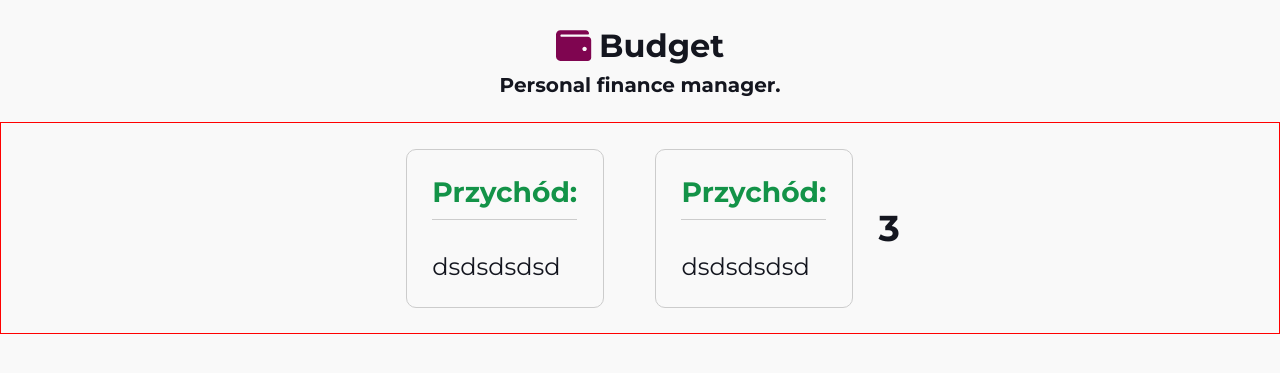
Repository: KrzysKolo/sr_tydzien4_zad4
Page: /
The author's editor kept a copy of each file at every save. The page is drawn from the files as they stood at one save, then again after the next save.
The browser window is 1280 px wide. The pictures show the whole page.
Some web libraries are served in a nearby version. The project was rebuilt for these pictures with package versions that can differ from the ones it lists, and the page was loaded fresh each time.

Above is the page before, as saved 2020-11-29 14:15:29.

### public/index.html
<!DOCTYPE html>
<html lang="en">
  <head>
    <meta charset="utf-8" />
    <link rel="icon" href="%PUBLIC_URL%/favicon.ico" />
    <meta name="viewport" content="width=device-width, initial-scale=1" />
    <meta name="theme-color" content="#000000" />
    <meta
      name="description"
      content="Web site created using create-react-app"
    />
    <link rel="apple-touch-icon" href="%PUBLIC_URL%/logo192.png" />
    <!--
      manifest.json provides metadata used when your web app is installed on a
      user's mobile device or desktop. See https://developers.google.com/web/fundamentals/web-app-manifest/
    -->
    <link rel="manifest" href="%PUBLIC_URL%/manifest.json" />
    <!--
      Notice the use of %PUBLIC_URL% in the tags above.
      It will be replaced with the URL of the `public` folder during the build.
      Only files inside the `public` folder can be referenced from the HTML.

      Unlike "/favicon.ico" or "favicon.ico", "%PUBLIC_URL%/favicon.ico" will
      work correctly both with client-side routing and a non-root public URL.
      Learn how to configure a non-root public URL by running `npm run build`.
    -->
    <link
      href="https://fonts.googleapis.com/css?family=Montserrat:200,400,700&display=swap&subset=latin-ext"
      rel="stylesheet"
    />
    <script
      src="https://kit.fontawesome.com/327a0d490c.js"
      crossorigin="anonymous"
    ></script>
    <title>Budget</title>
  </head>
  <body>
    <noscript>You need to enable JavaScript to run this app.</noscript>
    <div id="root"></div>
    <!--
      This HTML file is a template.
      If you open it directly in the browser, you will see an empty page.

      You can add webfonts, meta tags, or analytics to this file.
      The build step will place the bundled scripts into the <body> tag.

      To begin the development, run `npm start` or `yarn start`.
      To create a production bundle, use `npm run build` or `yarn build`.
    -->
  </body>
</html>

### src/App.js
import React from 'react';
import Budget from './components/Budget'

const App = () => {
  return (
    <>
      <Budget/>
    </>
  )
}

export default App;

### src/components/Budget.js
import React from 'react';
import Header from './budgetComponents/Header';
import Section from './budgetComponents/Section';
import styled, { createGlobalStyle } from 'styled-components';

const GlobalStyle = createGlobalStyle`
    * {
        padding: 0;
        margin: 0;
        box-sizing: border-box;
    }
    body {
        background-color: #f9f9f9;
        color: #14161f;
        font-family: "Montserrat", sans-serif;
        font-size: 16px;
        min-height: 100vh;
    }
    `;
const Container = styled.main`
    font-size: 1.5rem;
`;
const SectionContainer = styled.section`
    border: 1px solid red;
    display: flex;
    flex-direction: row;
    justify-content: center;
    align-items: center;
`;
const Budget = () => {
    return (
        <>
            <GlobalStyle />
            <Container>
                <Header />
                <SectionContainer>
                    <Section />
                    <Section />
                    <h1>3</h1>
                </SectionContainer>
            </Container>
        </>
    )
}

export default Budget;

### src/components/budgetComponents/Header.js
import React from 'react';
import styled from 'styled-components';
import { FontAwesomeIcon } from '@fortawesome/react-fontawesome';
import { faWallet } from '@fortawesome/free-solid-svg-icons';

const SectionHeader = styled.header`
    align-items: center;
    color: rgb(127, 5, 80);
    display: flex;
    font-size: 2.2rem;
    flex-direction: column;
    justify-content: center;
    padding: 2%;
`;
const DivHeader = styled.div`
    align-items: center;
    display: flex;
    flex-direction: row;
    justify-content: center;
    margin-bottom: 0.5rem;
`;
const H1Header = styled.h1`
    color: #14161f;
    font-size: 2rem;
    margin-left: .5rem;
`;
const H2Header = styled.h2`
    color: #14161f;
    font-size: 1.25rem;
`;
const Header = () => {
    return (
        <SectionHeader>
            <DivHeader>
                <FontAwesomeIcon icon={faWallet}/>
                <H1Header>Budget</H1Header>
            </DivHeader>
            <H2Header>Personal finance manager.</H2Header>
        </SectionHeader>
    )
}

export default Header;

### src/components/budgetComponents/Section.js
import React from 'react';
import H1 from './sectionComponents/H1';
import styled from 'styled-components';

const SectionWrapper = styled.section`
    border: 1px solid #ccc;
    border-radius: 10px;
    display: flex;
    flex-direction: column;
    margin: 2vw;
    padding: 2%;
`;
const Section = () => {
    return (
        <SectionWrapper>
           <H1 title={"Przychód"} />
           <p>dsdsdsdsd</p>
        </SectionWrapper>
    )
}

export default Section;

### src/components/budgetComponents/sectionComponents/H1.js
import React from 'react'
import styled from 'styled-components';

const TitleH1 = styled.h1`
    border-bottom: 1px solid #ccc;
    color: rgb(19, 147, 72);
    margin-bottom: 2rem;
    padding-bottom: 10px;
`;

const H1 = (props) => {
    return (
        <TitleH1>
            {props.title}:
        </TitleH1>
    )
}

export default H1;

Loaded but not shown: src/index.js (common file); src/index.css (common file)

After the next save:
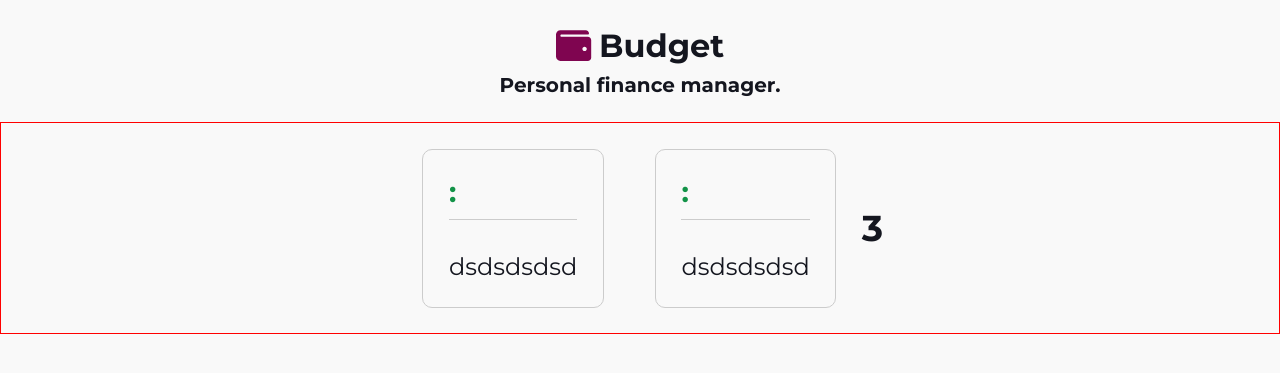
Saved 64 s later.
--- a/src/components/budgetComponents/Section.js
+++ b/src/components/budgetComponents/Section.js
@@ -10,10 +10,10 @@ const SectionWrapper = styled.section`
     margin: 2vw;
     padding: 2%;
 `;
-const Section = () => {
+const Section = ({ title }) => {
     return (
         <SectionWrapper>
-           <H1 title={"Przychód"} />
+           <H1 title={title} />
            <p>dsdsdsdsd</p>
         </SectionWrapper>
     )
